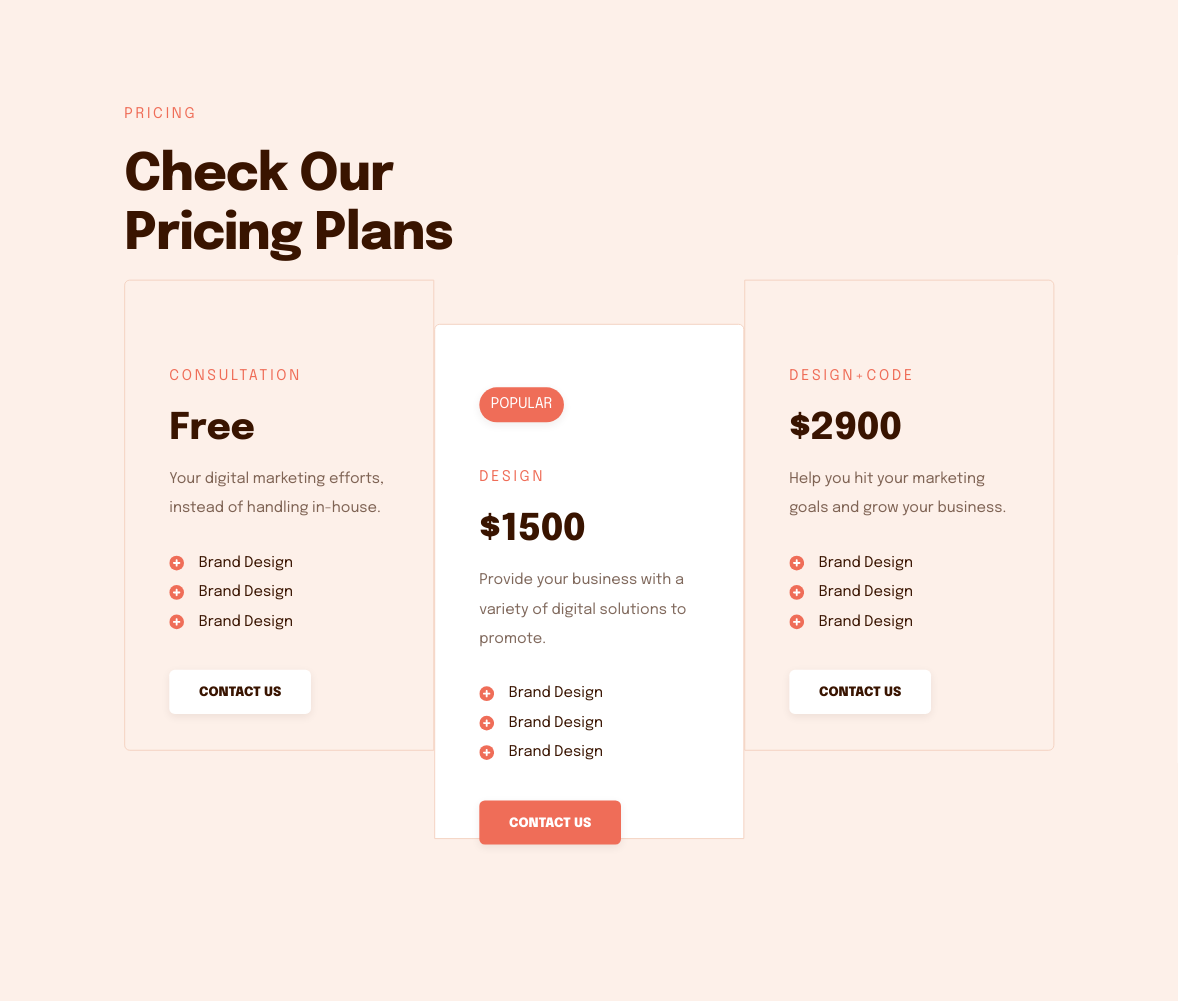
Repository: simralgasimov/pricing
Page: index.html
An editor plug-in stored every save of this project. The page is shown before and after a run of saves, followed by the edit.
The browser window is 1280 px wide. The pictures show the whole page, at 92% of full size.

Above is the page before, as saved 2023-09-11 13:21:02.

### index.html
<!DOCTYPE html>
<html lang="en">
  <head>
    <meta charset="UTF-8" />
    <meta name="viewport" content="width=device-width, initial-scale=1.0" />
    <title>Document</title>
    <link rel="stylesheet" href="index.css" />
  </head>
  <body>
    <div class="container">
      <h1>Pricing</h1>
      <h2>Check Our Pricing Plans</h2>

      <div class="box-container">
        <div class="box">
          <h3>Consultation</h3>
          <b>Free</b>
          <p>Your digital marketing efforts, instead of handling in-house.</p>
          <ul>
            <li>
              <img src="./img/plus.svg" alt="" />
              <span>Brand Design</span>
            </li>

            <li>
              <img src="./img/plus.svg" alt="" />
              <span>Brand Design</span>
            </li>

            <li>
              <img src="./img/plus.svg" alt="" />
              <span>Brand Design</span>
            </li>
          </ul>
          <button>
            <a href="#">Contact Us</a>
          </button>
        </div>
        <div class="box">
          <button class="button-1">
            <a href="#">Popular</a>
          </button>
          <h3>Design</h3>
          <b>$1500</b>
          <p>
            Provide your business with a variety of digital solutions to
            promote.
          </p>
          <ul>
            <li>
              <img src="./img/plus.svg" alt="" />
              <span>Brand Design</span>
            </li>

            <li>
              <img src="./img/plus.svg" alt="" />
              <span>Brand Design</span>
            </li>

            <li>
              <img src="./img/plus.svg" alt="" />
              <span>Brand Design</span>
            </li>
          </ul>
          <button class="button-2">
            <a href="#">Contact Us</a>
          </button>
        </div>

        <div class="box">
          <h3>Design+Code</h3>
          <b>$2900</b>
          <p>Help you hit your marketing goals and grow your business.</p>
          <ul>
            <li>
              <img src="./img/plus.svg" alt="" />
              <span>Brand Design</span>
            </li>

            <li>
              <img src="./img/plus.svg" alt="" />
              <span>Brand Design</span>
            </li>

            <li>
              <img src="./img/plus.svg" alt="" />
              <span>Brand Design</span>
            </li>
          </ul>
          <button>
            <a href="#">Contact Us</a>
          </button>
        </div>
      </div>
    </div>
  </body>
</html>

### index.css
@import url("https://fonts.googleapis.com/css2?family=Epilogue:wght@400;700;800;900&display=swap");
* {
  margin: 0;
  padding: 0;
  box-sizing: border-box;
}

.container {
  padding: 108px 134px 176px 135px;
  background: #fdf0e9;
}

.container h1 {
  margin-bottom: 20px;
  color: var(--Text_Dark_Accent, #ef6d58);
  font-feature-settings: "clig" off, "liga" off;

  font-family: Epilogue;
  font-size: 16px;
  font-style: normal;
  font-weight: 400;
  line-height: 32px;
  letter-spacing: 3px;
  text-transform: uppercase;
}
.container h2 {
  margin-bottom: 16px;
  width: 358px;
  color: var(--Text_Dark, #391400);
  font-feature-settings: "clig" off, "liga" off;

  font-family: Epilogue;
  font-size: 56px;
  font-style: normal;
  font-weight: 800;
  line-height: 64px;
  letter-spacing: -1px;
}
.container .box-container {
  display: flex;
}
.container .box-container .box {
  border: 1px solid #f3d1bf;
  width: 33.33%;
  padding: 44px 47px 48px 48px;
  height: 512px;
}
.container .box-container .box:nth-child(2) {
  height: 560px;
}
.container .box-container .box:nth-child(2) {
margin-top: 48px;
}
.container .box-container .box:nth-child(2) {
  height: 560px;
}

.container .box-container .box h3 {
  margin-top: 44px;
  margin-bottom: 17px;
  color: var(--Text_Dark_Accent, #ef6d58);
  font-feature-settings: "clig" off, "liga" off;

  font-family: Epilogue;
  font-size: 16px;
  font-style: normal;
  font-weight: 400;
  line-height: 32px;
  letter-spacing: 3px;
  text-transform: uppercase;
}

.container .box-container .box b {
  color: var(--Text_Dark, #391400);
  font-feature-settings: "clig" off, "liga" off;

  font-family: Epilogue;
  font-size: 40px;
  font-style: normal;
  font-weight: 800;
  line-height: 48px;
}

.container .box-container .box p {
  margin-top: 15px;
  margin-bottom: 27px;
  color: var(--Text_Dark_Gray, rgba(57, 20, 0, 0.64));
  font-feature-settings: "clig" off, "liga" off;

  font-family: Epilogue;
  font-size: 16px;
  font-style: normal;
  font-weight: 400;
  line-height: 32px;
}

.container .box-container .box ul li {
  color: var(--Text_Dark, #391400);
  font-feature-settings: "clig" off, "liga" off;

  font-family: Epilogue;
  font-size: 16px;
  font-style: normal;
  font-weight: 400;
  line-height: 32px;
}

.container .box-container .box ul li img {
  margin-right: 16px;
}



.container .box-container .box:first-child {
  border-radius: 6px 0px 0px 6px;
  border: 1px solid #f3d1bf;
}

.container .box-container .box:nth-child(2) {
  border-radius: 6px 6px 0px 0px;
  background: #fff;
  padding-top: 32px;
}

.container .box-container .box:last-child {
  border-radius: 0px 6px 6px 0px;
  border: 1px solid #f3d1bf;
}

.container .box-container .box .button-1 {
  width: 92px;
  height: 38px;
  border-radius: 19px;
  background: #ef6d58;
}
.container .box-container .box .button-1 a {
  color: var(--Text_Light, #fff);
  font-feature-settings: "clig" off, "liga" off;

  font-family: Epilogue;
  font-size: 16px;
  font-style: normal;
  font-weight: 400;
  line-height: 32px;
}
.container .box-container .box ul li {
  display: flex;
}

.container .box-container .box button {
  margin-top: 36px;
  border: none;
  width: 154px;
  height: 48px;
  border-radius: 6px;
  background: #fff;
  box-shadow: 0px 3px 9px 0px rgba(57, 20, 0, 0.08);
}
.container .box-container .box .button-2 {
  width: 154px;
  height: 48px;
  background-color: #ef6d58;
}

.container .box-container .box .button-2 a {
  color: #fff;
  text-align: center;
  font-family: Epilogue;
  font-size: 14px;
  font-style: normal;
  font-weight: 900;
  line-height: normal;
  text-transform: uppercase;
}
.container .box-container .box button a {
  text-decoration: none;
  color: #391400;
  text-align: center;
  font-family: Epilogue;
  font-size: 14px;
  font-style: normal;
  font-weight: 900;
  line-height: normal;
  text-transform: uppercase;
}

After the next 2 saves:
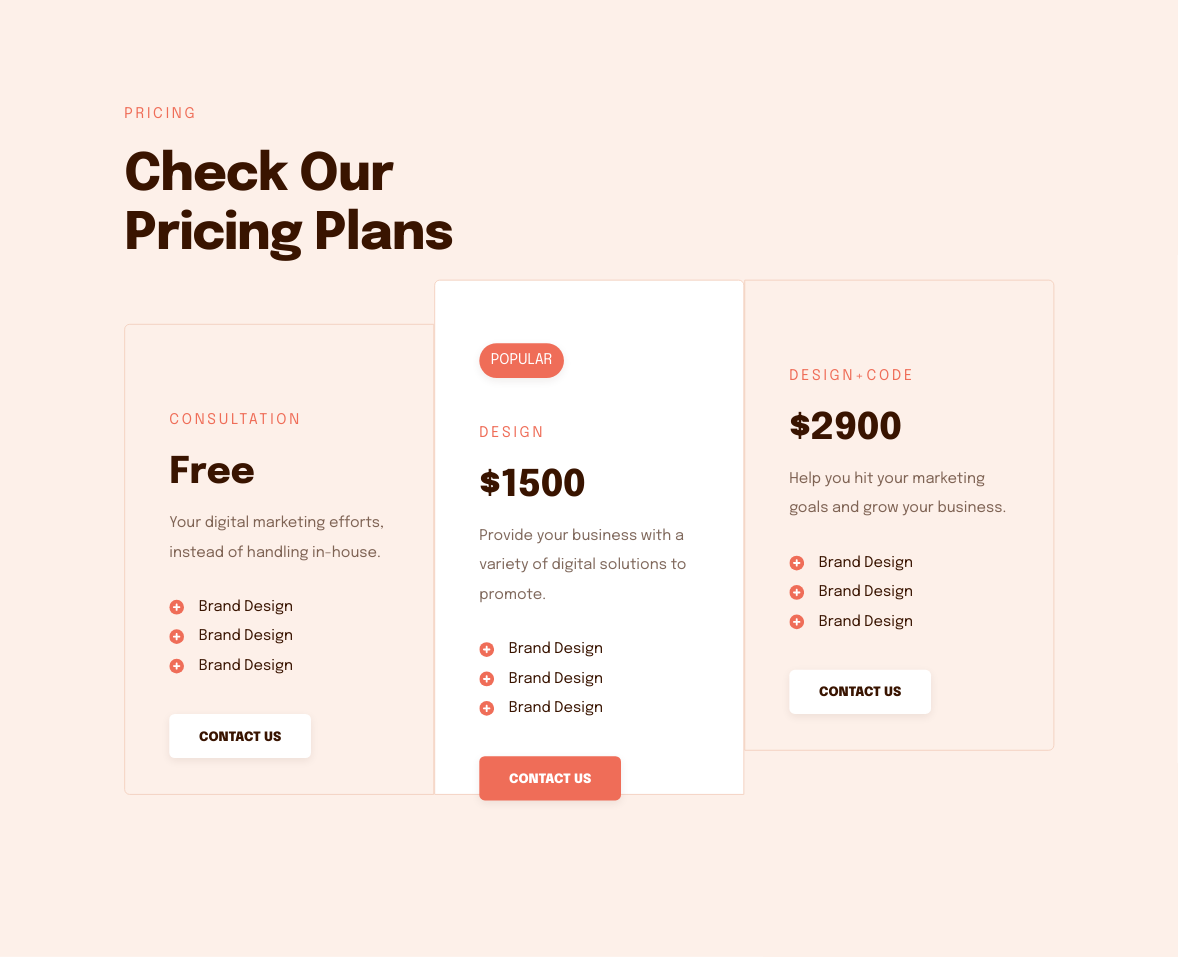
The 2 saves are shown as one change because they came seconds apart.
The last was saved 6 s later.
--- a/index.css
+++ b/index.css
@@ -48,7 +48,7 @@
 .container .box-container .box:nth-child(2) {
   height: 560px;
 }
-.container .box-container .box:nth-child(2) {
+.container .box-container .box:first-child{
 margin-top: 48px;
 }
 .container .box-container .box:nth-child(2) {
